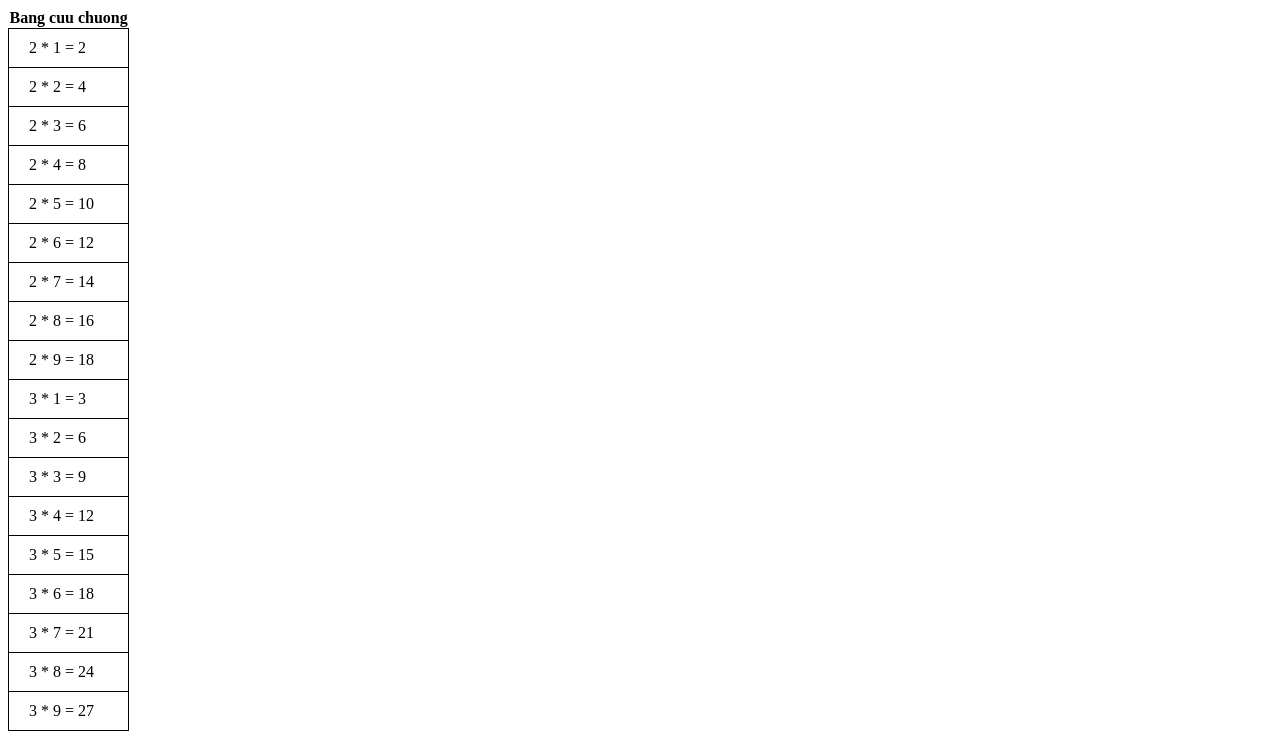
Repository: lhggiang/bangcuuchuong
Page: index.html
The author's editor kept a copy of each file at every save. The page is drawn from the files as they stood at one save, then again after the next save.
The browser window is 1280 px wide. The pictures show the whole page.

Above is the page before, as saved 2023-05-19 07:33:39.

### index.html
<!DOCTYPE html>
<html lang="en">

<head>
    <meta charset="UTF-8">
    <meta http-equiv="X-UA-Compatible" content="IE=edge">
    <meta name="viewport" content="width=device-width, initial-scale=1.0">
    <title>Document</title>
    <style>
        table {
            border-collapse: collapse;
            border-spacing: 0;
        }

        td {
            padding: 10px 20px;
            border: 1px solid #000;
        }
    </style>
</head>

<body id="body">
    <script src="./javascript.js"></script>
</body>

</html>

### javascript.js
let table = document.createElement("table");
let thead = document.createElement("thead");
let tbody = document.createElement("tbody");

// Adding the entire table to the body tag
document.getElementById("body").appendChild(table);
let row_1 = document.createElement("tr");
let heading_1 = document.createElement("th");
heading_1.innerHTML = "Bang cuu chuong";

row_1.appendChild(heading_1);
thead.appendChild(row_1);
table.appendChild(thead);
table.appendChild(tbody);
for (let i = 1; i <= 9; i++) {
  let row_2 = document.createElement("tr");
  let row_2_data_1 = document.createElement("td");
  row_2_data_1.innerHTML = `2 * ${i} = ${i * 2}`;
  row_2.appendChild(row_2_data_1);
  tbody.appendChild(row_2);
  table.appendChild(thead);
  table.appendChild(tbody);
}
for (let i = 1; i <= 9; i++) {
  let row_3 = document.createElement("tr");
  let row_3_data_1 = document.createElement("td");
  row_3_data_1.innerHTML = `3 * ${i} = ${i * 3}`;
  row_3.appendChild(row_3_data_1);
  tbody.appendChild(row_3);
  table.appendChild(thead);
  table.appendChild(tbody);
}

After the next save:
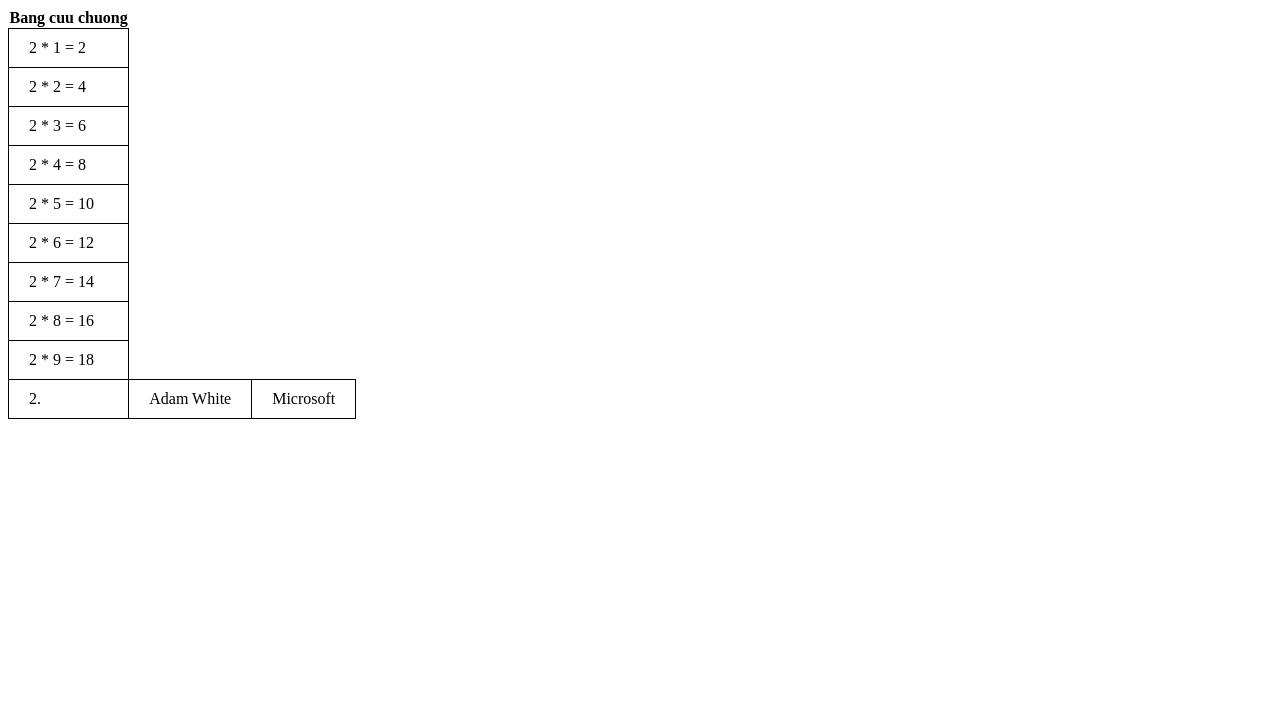
Saved 34 s later.
--- a/javascript.js
+++ b/javascript.js
@@ -21,12 +21,16 @@
   table.appendChild(thead);
   table.appendChild(tbody);
 }
-for (let i = 1; i <= 9; i++) {
-  let row_3 = document.createElement("tr");
-  let row_3_data_1 = document.createElement("td");
-  row_3_data_1.innerHTML = `3 * ${i} = ${i * 3}`;
-  row_3.appendChild(row_3_data_1);
-  tbody.appendChild(row_3);
-  table.appendChild(thead);
-  table.appendChild(tbody);
-}
+// Creating and adding data to third row of the table
+let row_3 = document.createElement("tr");
+let row_3_data_1 = document.createElement("td");
+row_3_data_1.innerHTML = "2.";
+let row_3_data_2 = document.createElement("td");
+row_3_data_2.innerHTML = "Adam White";
+let row_3_data_3 = document.createElement("td");
+row_3_data_3.innerHTML = "Microsoft";
+
+row_3.appendChild(row_3_data_1);
+row_3.appendChild(row_3_data_2);
+row_3.appendChild(row_3_data_3);
+tbody.appendChild(row_3);

After the save that followed:
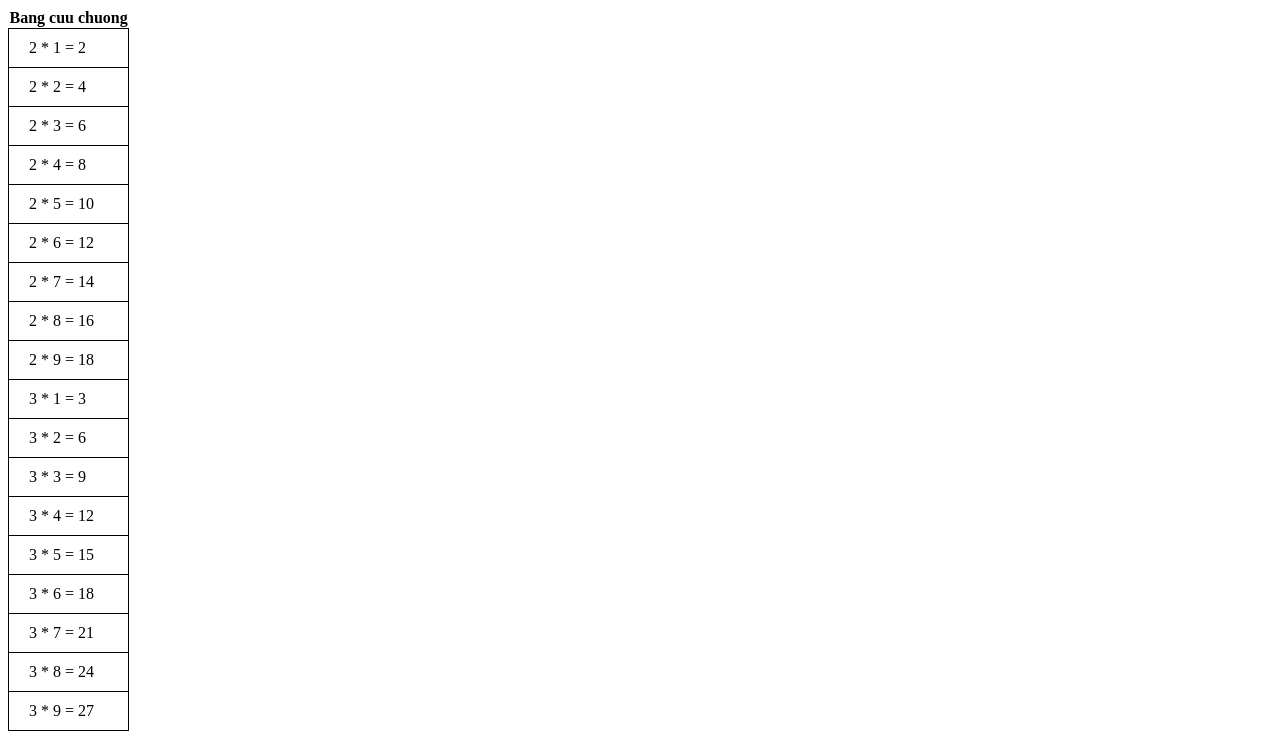
Saved 18 s later.
--- a/javascript.js
+++ b/javascript.js
@@ -21,16 +21,12 @@
   table.appendChild(thead);
   table.appendChild(tbody);
 }
-// Creating and adding data to third row of the table
-let row_3 = document.createElement("tr");
-let row_3_data_1 = document.createElement("td");
-row_3_data_1.innerHTML = "2.";
-let row_3_data_2 = document.createElement("td");
-row_3_data_2.innerHTML = "Adam White";
-let row_3_data_3 = document.createElement("td");
-row_3_data_3.innerHTML = "Microsoft";
-
-row_3.appendChild(row_3_data_1);
-row_3.appendChild(row_3_data_2);
-row_3.appendChild(row_3_data_3);
-tbody.appendChild(row_3);
+for (let i = 1; i <= 9; i++) {
+  let row_3 = document.createElement("tr");
+  let row_3_data_1 = document.createElement("td");
+  row_3_data_1.innerHTML = `3 * ${i} = ${i * 3}`;
+  row_3.appendChild(row_3_data_1);
+  tbody.appendChild(row_3);
+  table.appendChild(thead);
+  table.appendChild(tbody);
+}
